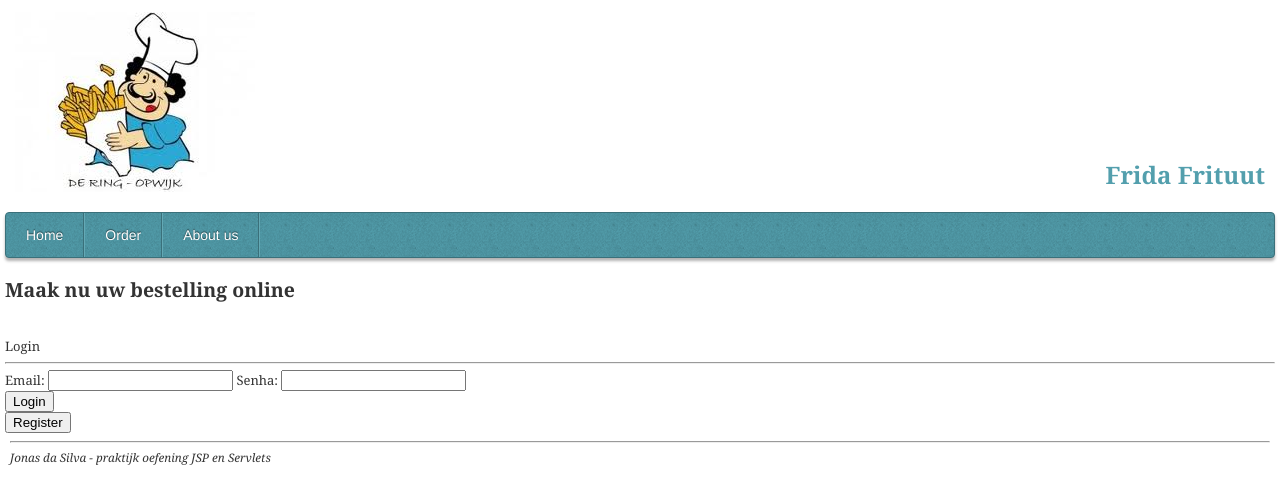
Repository: Projetos-intec/workspace-JavaWebJSP
Page: http://localhost/FrituurFrida/order.jsp
These files come from the project's save history. The page is drawn as it stood at one moment and after a run of saves; the edit follows.
The browser window is 1280 px wide. The pictures show the whole page.
The page is served by Tomcat 9. Other server files are loaded and not shown.

Above is the page before, as saved 2014-09-18 08:15:49.

### FrituurFrida/WebContent/order.jsp
<%@ page language="java" contentType="text/html; charset=ISO-8859-1"
	pageEncoding="ISO-8859-1"%>
<!DOCTYPE html PUBLIC "-//W3C//DTD HTML 4.01 Transitional//EN" "http://www.w3.org/TR/html4/loose.dtd">
<html>
<head>
<head>
<meta http-equiv="Content-Type" content="text/html; charset=ISO-8859-1">
<title>Welkom bij Frituur Frida</title>
<link rel='stylesheet' href='styles/default.css' />
</head>
<body>
	<header>
	<div id='logo'>
		<img src='images/logo.jpg' alt='Frituur Frida' />
	</div>
	<div id='demotitel'>

		<h1>Frida Frituut</h1>
	</div>
	</header>
	<nav>
	<ul>
		<li><a href='welkom'>Home</a></li>
		<li><a href='order.jsp'>Order</a></li>
		<li><a href='aboutus.jsp'>About us</a></li>
	</ul>
	</nav>
	<article>
	<h2>Maak nu uw bestelling online</h2>
	<br />
	Login
	<hr />
	<form action="AddUsuario" method="POST">
		Email: <input type="email" name="email" /> Senha: <input
			type="password" name="senha" /> <br /> <input type="submit"
			value="Login" />
	</form>
	<form action="register.jsp" method="POST">
		<input type="submit" value="Register" name="regs" />

	</form>

	<footer>
	<hr />
	Jonas da Silva - praktijk oefening JSP en Servlets </footer>
</body>
</html>

### FrituurFrida/WebContent/styles/default.css
body {
	font-family: Georgia, "Times New Roman", Times, serif;
	font-size: 13px;
	color: #333;
	background-color: #FFF;
	margin: 0;
	padding: 0;
}

p {
	padding: 10px;
}

h1 {
	font-size: 24px;
	color: #539FAD;
}

table {
	margin: 1em 0;
	border-collapse: collapse;

}

table caption {
	text-align: left;
	font-weight: bold;
	padding: 0 0 .3em;
	color: #003d5d;
}

table td,table th {
	text-align: left;
	border: 1px solid #b1d2e4;
	padding: 3px 20px;
	vertical-align: top;
}

table th {
	font-weight: bold;
    background: #EEE url(pattern.png) top left repeat;
}

table thead th {
	background: #ecf7fd;
}

header {
	height: 200px;
}

nav {
	width: auto;
	margin: 0 5px 0 5px;
}

nav ul,
nav li nav a {
  list-style: none;
  margin: 0;
  padding: 0;
  border: 0;
  font-size: 14px;
  font-family: Helvetica;
  line-height: 1;
}

nav ul {
  zoom: 1;
  background: #539fad url(pattern.png) top left repeat;
  -webkit-border-radius: 4px;
  -moz-border-radius: 4px;
  border-radius: 4px;
  border: 1px solid #3a707a;
  -moz-box-shadow: 0 3px 3px rgba(0, 0, 0, 0.3);
  -webkit-box-shadow: 0 3px 3px rgba(0, 0, 0, 0.3);
  box-shadow: 0 3px 3px rgba(0, 0, 0, 0.3);
}
nav ul:before {
  content: '';
  display: block;
}
nav ul:after {
  content: '';
  display: table;
  clear: both;
}
nav a,
nav a:link,
nav a:visited {
  padding: 15px 20px;
  display: block;
  text-decoration: none;
  color: #ffffff;
  text-shadow: 0 -1px 1px #214046;
  border-right: 1px solid #3a707a;
}
nav a:hover {
  color: #214046;
  text-shadow: 0 1px 1px #76b2bd;
}
nav li {
  float: left;
  border-right: 1px solid #64a9b5;
}
nav li:hover {
  background: #4a8f9c url(pattern.png) top left repeat;
}
nav li:first-child {
  border-left: none;
  -webkit-border-radius: 4px 0 0 4px;
  -moz-border-radius: 4px 0 0 4px;
  border-radius: 4px 0 0 4px;
}

header, article, footer {
	padding: 2px 5px 10px 5px;
}

footer {
	font-style: italic;
	font-size: 0.9em;
}

#logo {
	margin: 10px 0 -23px 10px;
	float: left;
}

#demotitel {
	margin: 140px 10px 0 0;
	float: right;

}

After the next 2 saves:
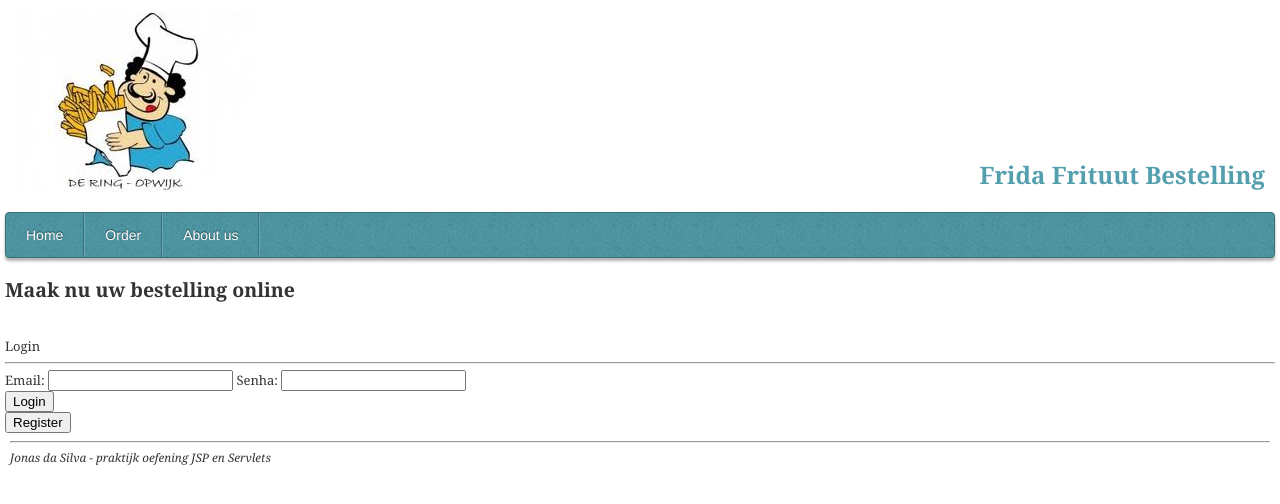
The 2 saves are shown as one change because they came seconds apart.
The last was saved 41 s later.
--- a/FrituurFrida/WebContent/order.jsp
+++ b/FrituurFrida/WebContent/order.jsp
@@ -15,7 +15,7 @@
 	</div>
 	<div id='demotitel'>
 
-		<h1>Frida Frituut</h1>
+		<h1>Frida Frituut Bestelling </h1>
 	</div>
 	</header>
 	<nav>
@@ -26,7 +26,7 @@
 	</ul>
 	</nav>
 	<article>
-	<h2>Maak nu uw bestelling online</h2>
+	<h2>Maak nu uw bestelling online </h2>
 	<br />
 	Login
 	<hr />
